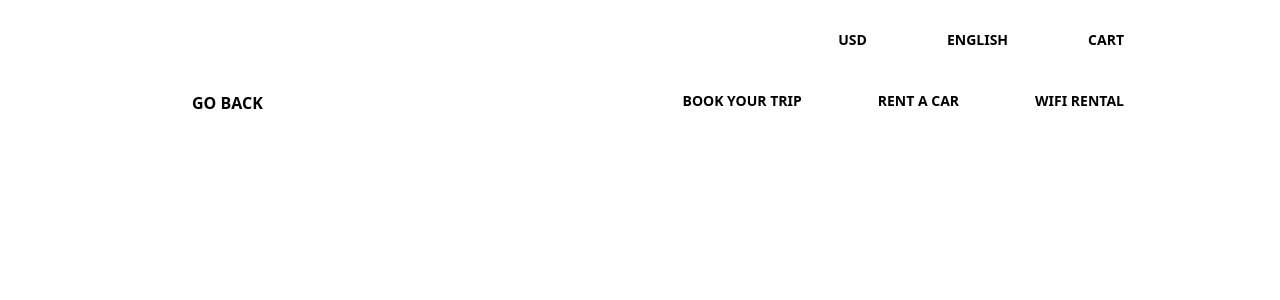
Repository: uh-sman/Iceland
Page: /
These files come from the project's save history. The page is drawn as it stood at one moment and after the next save; the edit follows.
The browser window is 1280 px wide. The pictures show the whole page.
The project was rebuilt for these pictures with package versions that can differ from the ones it lists, and the page was loaded fresh each time.

Above is the page before, as saved 2022-09-08 21:01:26.

### src/App.js
import logo from "./logo.svg";
import "./App.css";
import { Topnav } from "./components/Topnav";
import { FullNav } from "./components/FullNav";

function App() {
  return (
    <div className="App">
      <FullNav />
    </div>
  );
}

export default App;

### src/components/Topnav.js
import React from "react";

export const Topnav = () => {
  return (
    <div className="container w-full py-[30px]">
      <nav className="absolute right-[156px]">
        <ul className="space-x-20 text-sm font-semibold">
          <a href="">USD</a>
          <a href="">ENGLISH</a>
          <a href="">CART</a>
        </ul>
      </nav>
    </div>
  );
};

### src/components/FullNav.jsx
import React from "react";
import { Bottomnav } from "./Bottomnav";
import { Topnav } from "./Topnav";

export const FullNav = () => {
  return (
    <div>
      <Topnav />
      <Bottomnav />
    </div>
  );
};

### src/components/Bottomnav.js
import React from "react";

export const Bottomnav = () => {
  return (
    <nav className="container w-full">
      <div className="py-[31px]">
        <div className="container">
          <h1>
            <a className="absolute left-[192px] cursor-pointer font-semibold text-md">
              GO BACK
            </a>
          </h1>
        </div>
        <div className="container">
          <div className="absolute right-[156px]">
            <ul className="space-x-[76px] text-sm font-semibold cursor-pointer">
              <a>BOOK YOUR TRIP</a>
              <a>RENT A CAR</a>
              <a>WIFI RENTAL</a>
            </ul>
          </div>
        </div>
      </div>
    </nav>
  );
};

### tailwind.config.js
/** @type {import('tailwindcss').Config} */
module.exports = {
  content: ["./src/**/*.{html,js,jsx}"],
  theme: {
    screens: {
      sm: "480px",
      md: "768px",
      lg: "976px",
      xl: "1440px",
    },
    extend: {},
  },
  plugins: [],
};

Loaded but not shown: public/index.html (common file); src/index.js (common file); src/index.css (common file); src/App.css (common file)

After the next save:
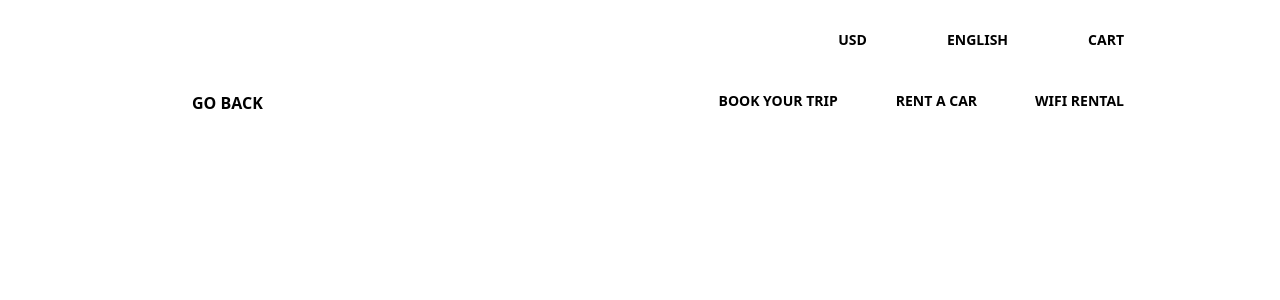
Saved 6 s later.
--- a/src/components/Bottomnav.js
+++ b/src/components/Bottomnav.js
@@ -13,7 +13,7 @@ export const Bottomnav = () => {
         </div>
         <div className="container">
           <div className="absolute right-[156px]">
-            <ul className="space-x-[76px] text-sm font-semibold cursor-pointer">
+            <ul className="space-x-[58px] text-sm font-semibold cursor-pointer">
               <a>BOOK YOUR TRIP</a>
               <a>RENT A CAR</a>
               <a>WIFI RENTAL</a>
